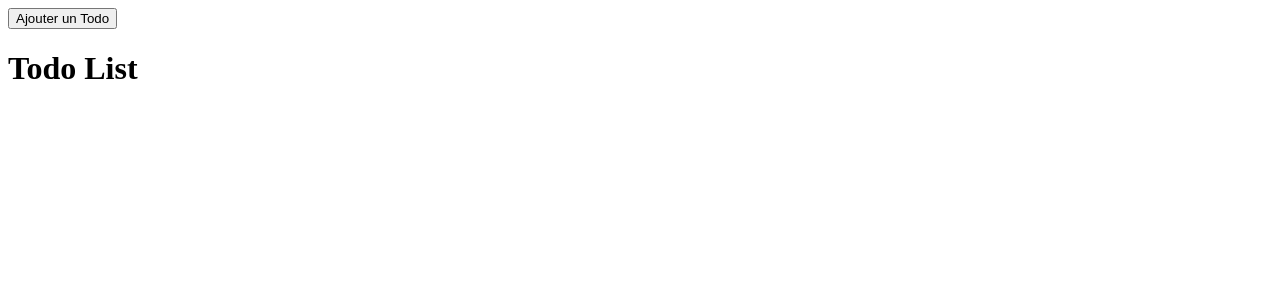
Repository: Aqui05/todo-vue
Page: /
An editor plug-in stored every save of this project. The page is shown before and after the next save, followed by the edit.
The browser window is 1280 px wide. The pictures show the whole page.
The project was rebuilt for these pictures with package versions that can differ from the ones it lists, and the page was loaded fresh each time. Also part of the build but not shown: vue.config.js.

Above is the page before, as saved 2024-10-31 17:56:07.

### src/App.vue
<template>
  <button class="button" @click="addTodo">Ajouter un Todo</button>
  <div>
    <h1>Todo List</h1>
    <ul>
      <li v-for="todo in todos" :key="todo.id">{{ todo.text }}</li>
    </ul>
  </div>
</template>

<script setup>
import { ref } from "vue";

const todos = ref([]);

const addTodo = () => {
  const newTodoText = prompt("Nouveau Todo:");
  if (newTodoText) {
    todos.value.push({ id: Date.now(), text: newTodoText });
  }
};
</script>

Loaded but not shown: public/index.html (common file); src/main.js (common file)

After the next save:
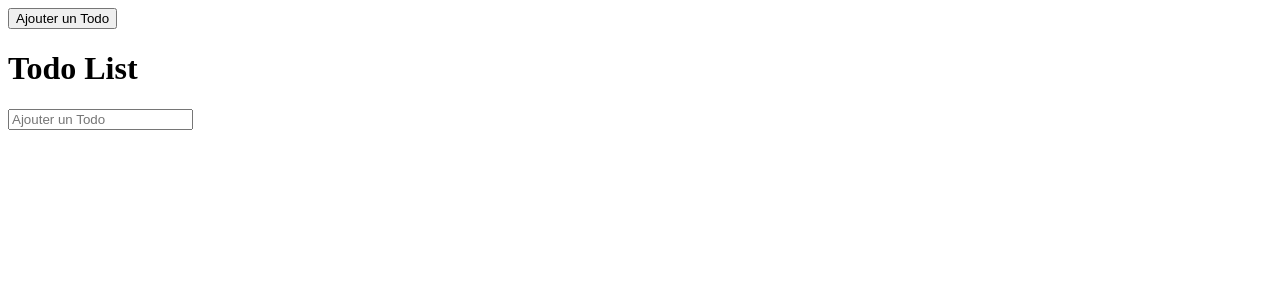
Saved 60 s later.
--- a/src/App.vue
+++ b/src/App.vue
@@ -2,6 +2,7 @@
   <button class="button" @click="addTodo">Ajouter un Todo</button>
   <div>
     <h1>Todo List</h1>
+    <input v-model="newTodoText" placeholder="Ajouter un Todo" />
     <ul>
       <li v-for="todo in todos" :key="todo.id">{{ todo.text }}</li>
     </ul>
